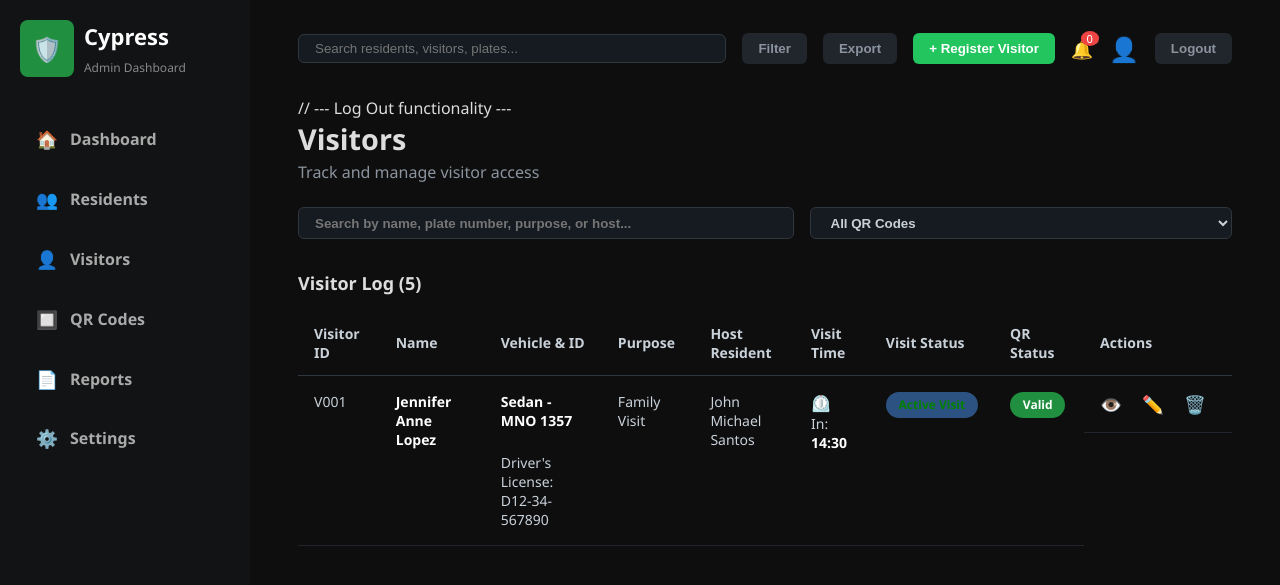
Repository: camuramon/my-project
Page: templates/admin/visitors.html
The author's editor kept a copy of each file at every save. The page is drawn from the files as they stood at one save, then again after the next save.
The browser window is 1280 px wide. The pictures show the whole page.
The template is drawn by Flask 3. The application's start-up code is not run. The template is opened directly, without the code that normally fills it, so the values that code supplies are empty.

Above is the page before, as saved 2025-09-14 00:22:06.

After the next save:
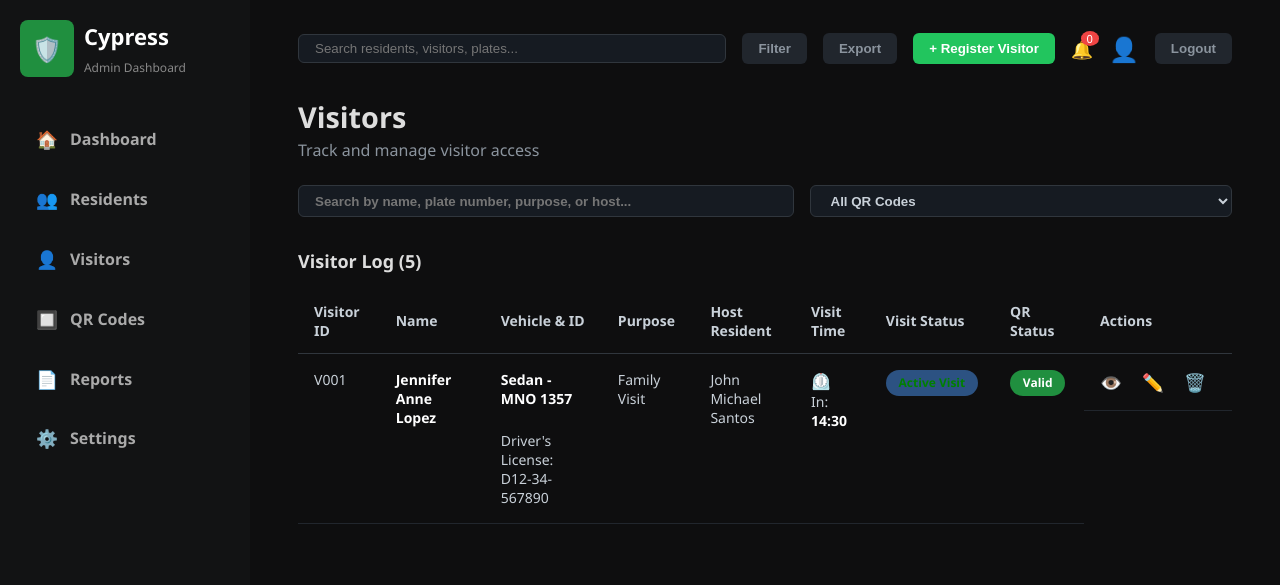
Saved 16 s later.
--- a/templates/admin/visitors.html
+++ b/templates/admin/visitors.html
@@ -60,7 +60,7 @@
             </button>
             </div>
         </header>
-// --- Log Out functionality ---
+
 <script>
        document.getElementById('logout-button').addEventListener('click', function() {
     window.location.href = "/logout";   // ✅ tatawag sa Flask logout route
